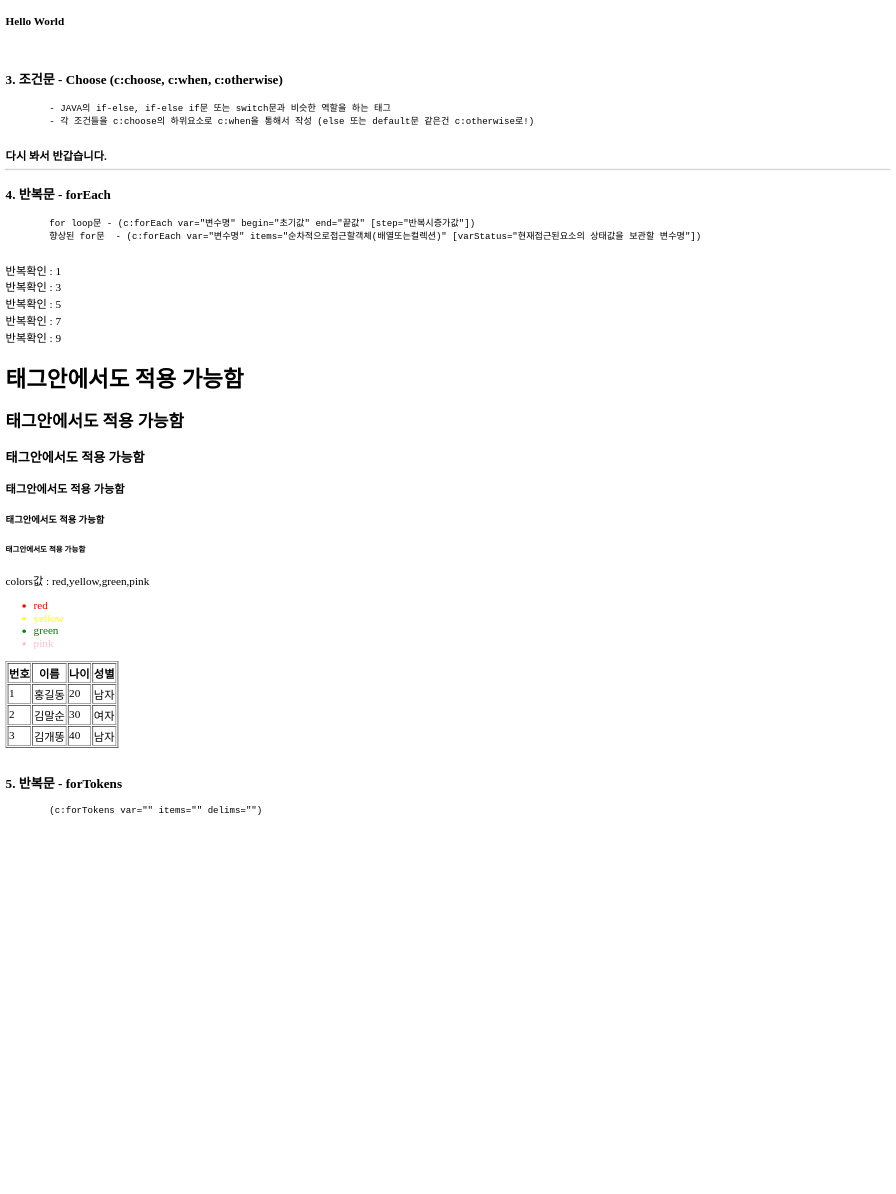
Repository: Young-27/DailyStudy
Page: http://localhost/actionProject/views/3_customAction/01_core.jsp
The author's editor kept a copy of each file at every save. The page is drawn from the files as they stood at one save, then again after a run of saves.
The browser window is 1280 px wide. The pictures show the part of the page from y = 1195 to 3115 px (the page is 2901 px tall before and 3115 px after), at 70% of full size.
The page is served by Tomcat 9.

Above is the page before, as saved 2021-06-17 11:16:43.

After the next 2 saves:
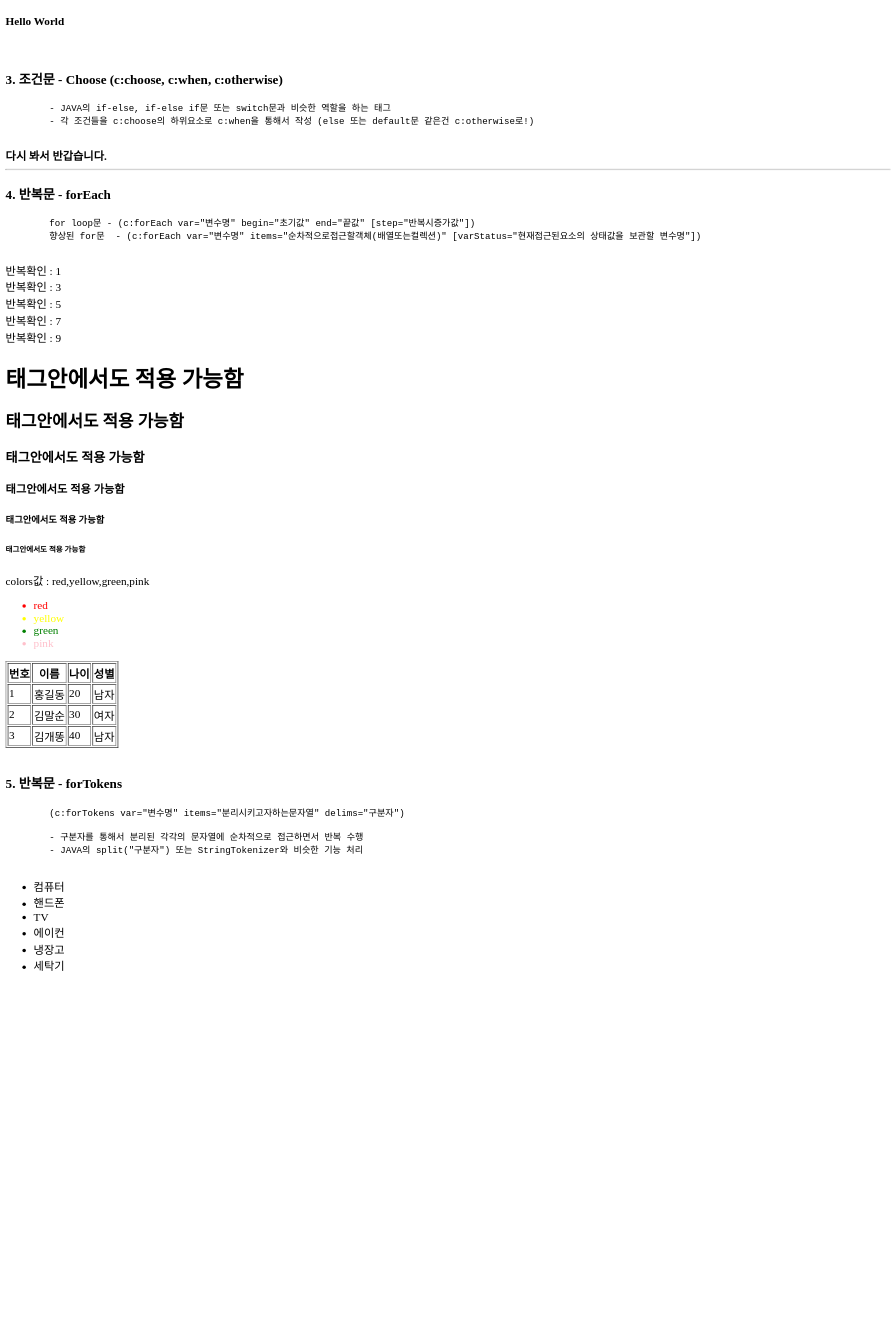
The 2 saves are shown as one change because 1 did not build or start.
The last was saved 8 min 19 s later.
--- a/Server/web-workspace2/actionProject/WebContent/views/3_customAction/01_core.jsp
+++ b/Server/web-workspace2/actionProject/WebContent/views/3_customAction/01_core.jsp
@@ -243,8 +243,19 @@
 
 	<h3>5. 반복문 - forTokens</h3>
 	<pre>
-	(c:forTokens var="" items="" delims="")
-	</pre>
+	(c:forTokens var="변수명" items="분리시키고자하는문자열" delims="구분자")
+
+	- 구분자를 통해서 분리된 각각의 문자열에 순차적으로 접근하면서 반복 수행
+	- JAVA의 split("구분자") 또는 StringTokenizer와 비슷한 기능 처리
+	</pre>
+
+	<c:set var="device" value="컴퓨터,핸드폰,TV.에이컨/냉장고.세탁기"/>
+
+	<ul>
+		<c:forTokens var="d" items="${ device }" delims=",./">
+			<li>${ d }</li>
+		</c:forTokens>
+	</ul>
 
 
 
